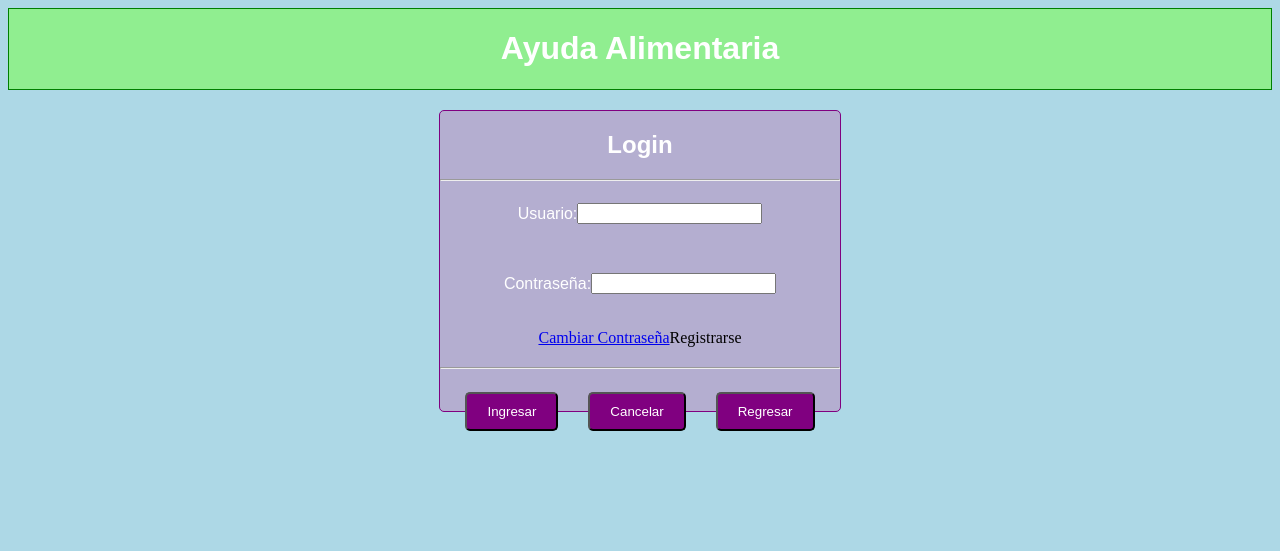
Repository: sonicspeed1/examen1_codigo_bryansantillan
Page: http://localhost/examen_1_bryan_santillan/Login.jsp
These files come from the project's save history. The page is drawn as it stood at one moment and after the next save; the edit follows.
The browser window is 1280 px wide. The pictures show the whole page.
The page is served by Tomcat 9. Other server files are loaded and not shown.

Above is the page before, as saved 2024-05-25 17:22:39.

### examen_1_bryan_santillan/src/main/webapp/Login.jsp
<%@ page language="java" contentType="text/html; charset=UTF-8"
    pageEncoding="UTF-8"%>
<!DOCTYPE html>
<html>
<head>
<meta charset="UTF-8">
<title>Login</title>
<link href="estilo.css" rel="stylesheet"/>
</head>
<body class="cuerpo">
<div class="cuadro">
<h1 class="titulo">Ayuda Alimentaria</h1>
</div>
<div class="container">
    <div class="cuadro2">
 <h2 class="titulo2">Login</h2><hr>
 <form action="login.jsp" method="post">
 <label class="item_login"><p class="titulo2">Usuario:</p > <input type="text" name="usuario"></label>
 <label class="item_login"><p class="titulo2">Contraseña:</p> <input type="password" name="contraseña"></label>
 <div class="item_login">
 <a href="registro_donadores.jsp">Cambiar Contraseña</a>
 <a>Registrarse</a>
 </div><hr>
 <div class="item_login">
  <input value="Ingresar" name="ingresar" type="submit" class="button">
 <input value="Cancelar" name="cancelar" type="reset" class="button">
 <input value="Regresar" name="regresar" type="submit" class="button">
 </div>
 </form>
    </div>
</div>
</body>
</html>

### examen_1_bryan_santillan/src/main/webapp/estilo.css
@charset "UTF-8";
.cuerpo{
	background-color: lightblue;
}
.cuadro{
	background-color:lightgreen;
	border: 1px solid green;
	display: block;

}
.cuadro2 {
    background-color: #b4aed0;
    border-radius: 5px;
    border: 1px solid purple;
    height: 300px;
    width: 400px;
}
.titulo{
	color: white;
	transition: color 0.3s, text-shadow 0.3s;
	font-family: 'Comic Sans MS', cursive, sans-serif;
	 text-align: center;
}

.titulo:hover {
    color: blue;
    text-shadow: 2px 2px 5px rgba(0, 0, 0, 0.5);
}
.menu{
	list-style-type: none;
    padding: 0;
    background-color: #80ff80;
    border: 1px solid green;
    margin: 0 auto;
    }
.item {
    display: inline-block;
    position: relative;
}
.container {
    display: flex;
    justify-content: center;
    align-items: center;
    margin-top: 20px;
}
.titulo2{
	color: white;
	transition: color 0.3s, text-shadow 0.3s;
	font-family: 'Comic Sans MS', cursive, sans-serif;
	 text-align: center;
}

.titulo2:hover {
    color: red;
    text-shadow: 2px 2px 5px rgba(0, 0, 0, 0.5);
}
.item_login{
	   display: flex;
    justify-content: center;
    align-items: center;
    margin-bottom: 20px;
}
.button{
	background-color: purple;
	border-radius: 5px;
	color: white;
	padding: 10px 20px;
	margin: 15px;
	font-family: 'Comic Sans MS', cursive, sans-serif;
}

After the next save:
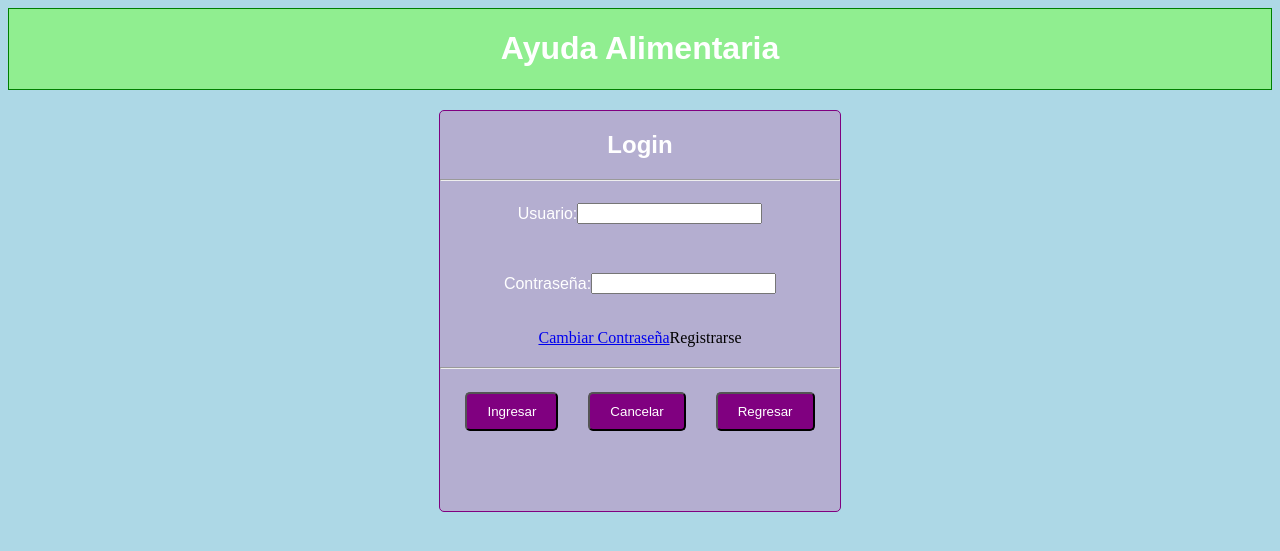
Saved 28 s later.
--- a/examen_1_bryan_santillan/src/main/webapp/estilo.css
+++ b/examen_1_bryan_santillan/src/main/webapp/estilo.css
@@ -12,7 +12,7 @@
     background-color: #b4aed0;
     border-radius: 5px;
     border: 1px solid purple;
-    height: 300px;
+    height: 400px;
     width: 400px;
 }
 .titulo{
